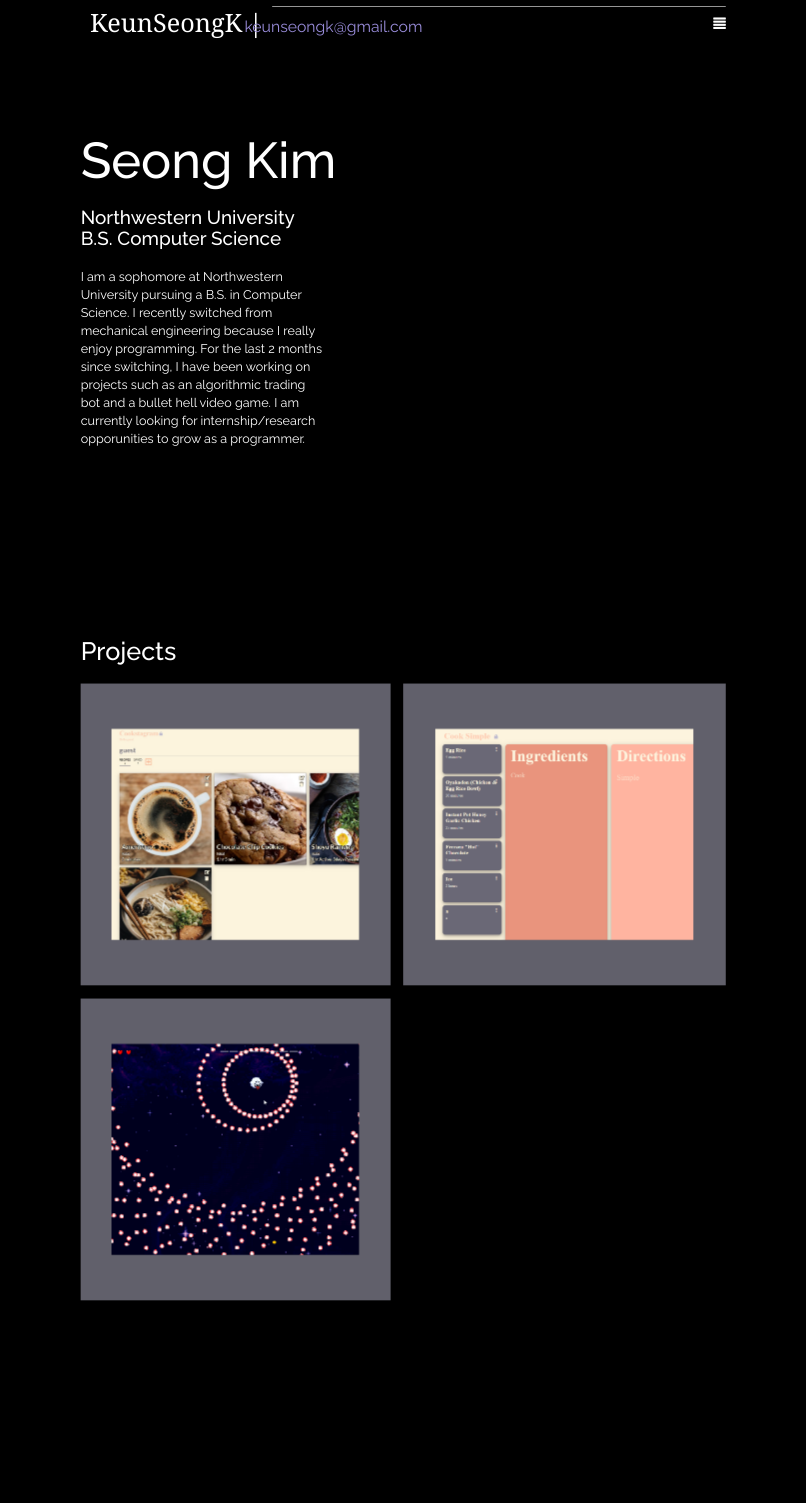
Repository: oqueuo/personal-site
Page: index.html
An editor plug-in stored every save of this project. The page is shown before and after the next save, followed by the edit.
The browser window is 1280 px wide. The pictures show the whole page, at 63% of full size.

Above is the page before, as saved 2020-09-21 18:44:35.

After the next save:
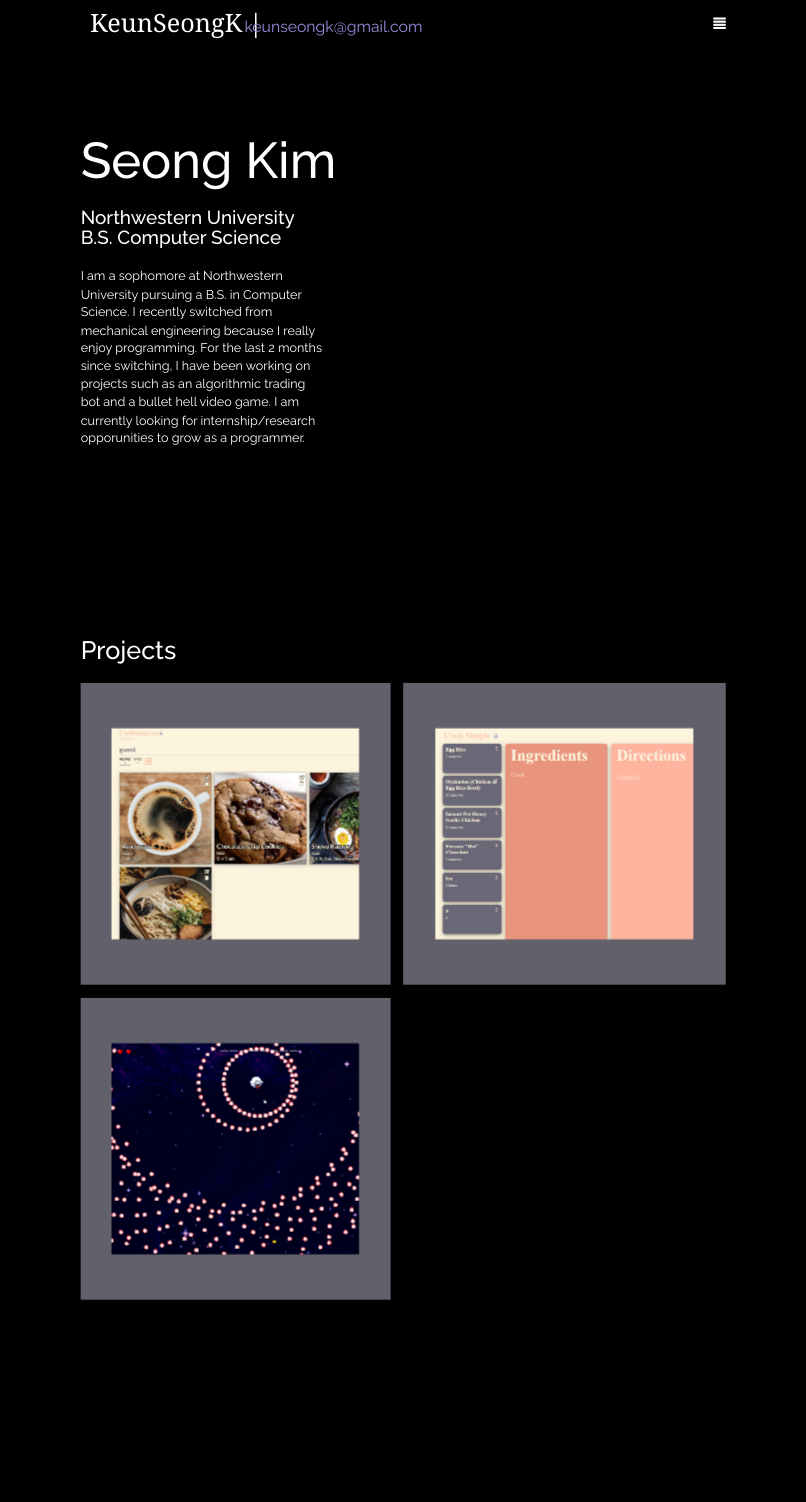
Saved 12 s later.
--- a/index.html
+++ b/index.html
@@ -28,11 +28,8 @@
             </ul>
           </li>
         </ul>
+      </header>
 
-      </header>
-      <section id="horizontal-line"></section>
-        <hr>
-      </section>
       <!-- About me -->
       <section id="about">
 
